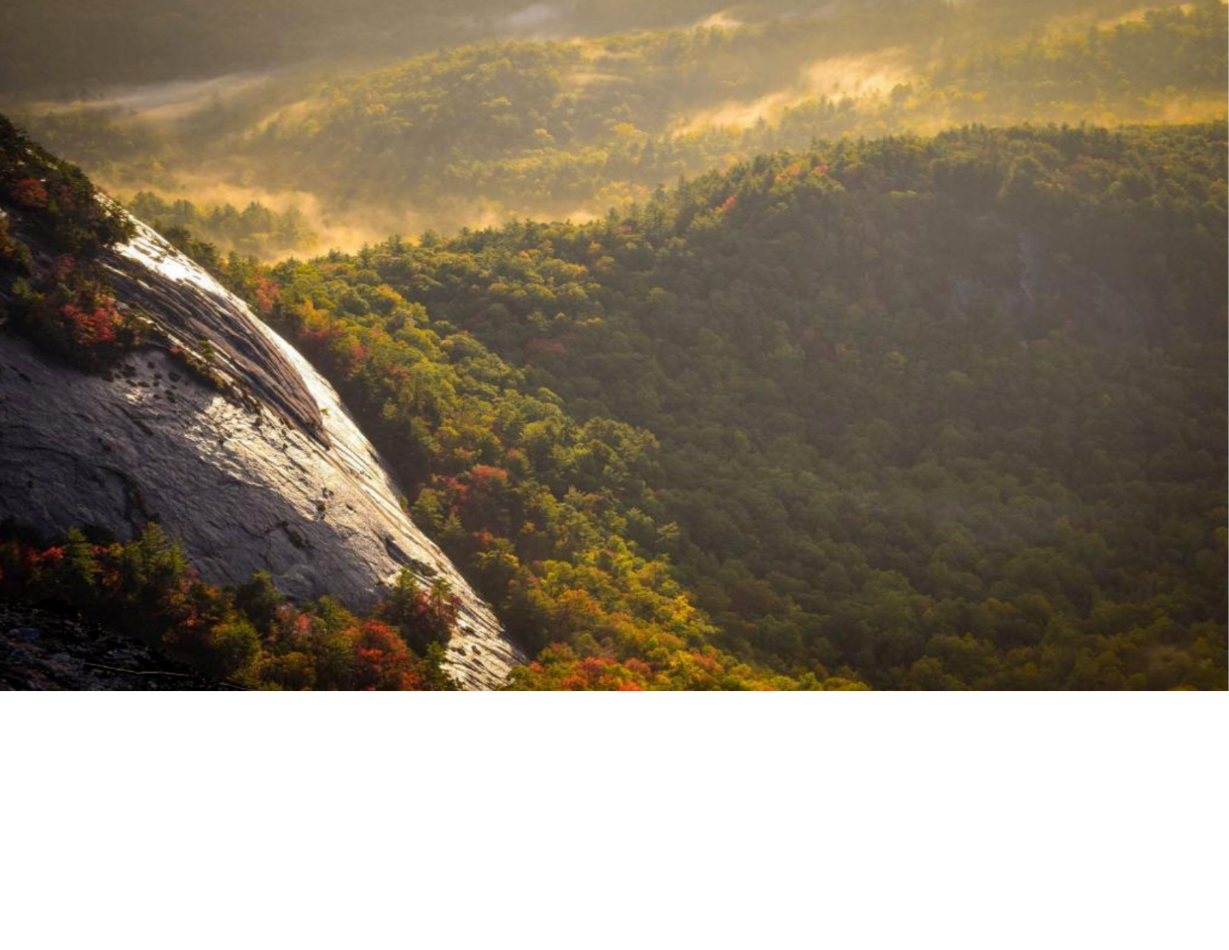
Repository: sogeisetsu/suy-ife
Page: 009-011/index.html
An editor plug-in stored every save of this project. The page is shown before and after the next save, followed by the edit.
The browser window is 1280 px wide. The pictures show the whole page, at 96% of full size.

Above is the page before, as saved 2019-10-10 18:35:16.

After the next save:
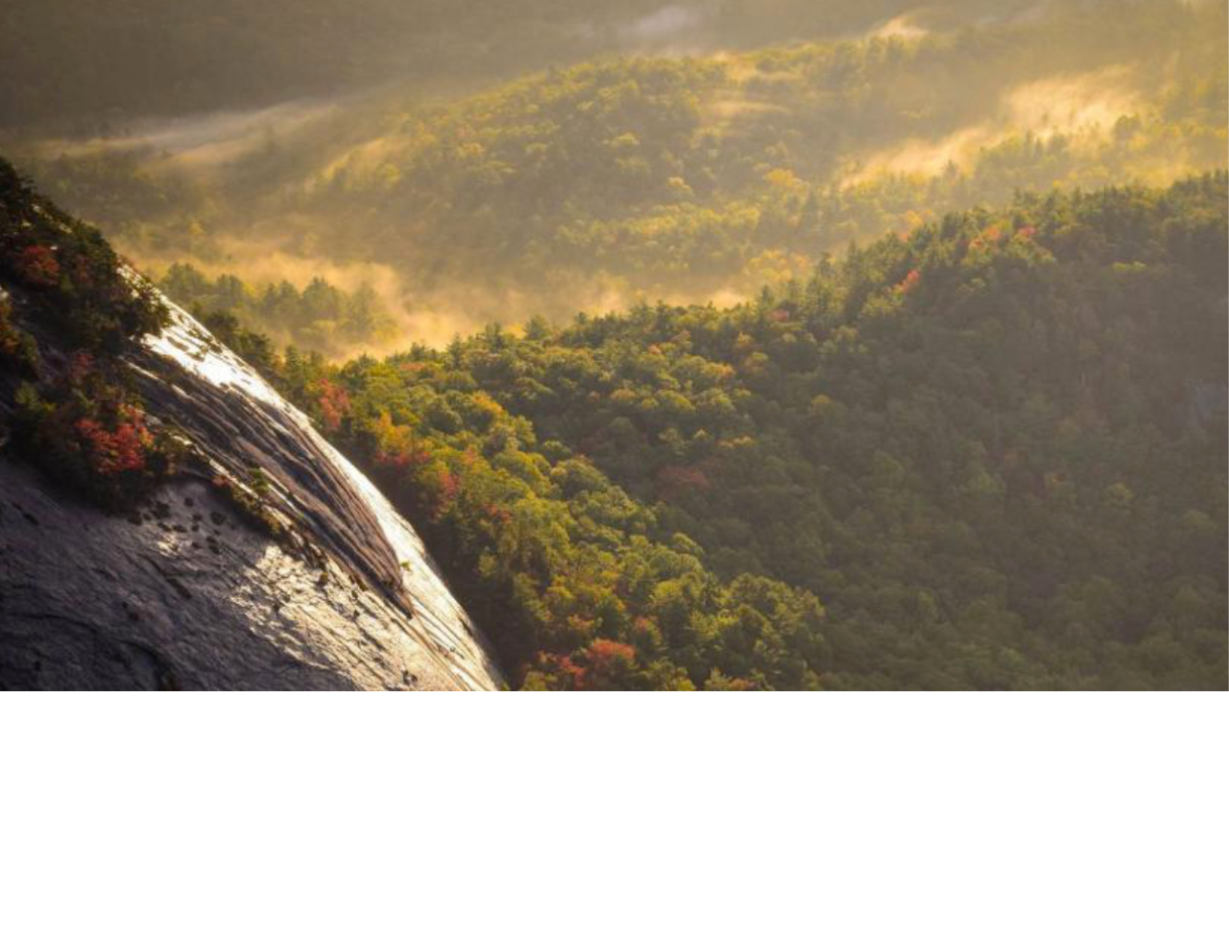
Saved 26 s later.
--- a/009-011/index.css
+++ b/009-011/index.css
@@ -23,10 +23,10 @@ html,body{
     height: 100%;
     background-color: rgba(20, 20, 20, 0.65);
 }
-.head-image{
+/* .head-image{
     width: 100%;
     height: 100%;
-}
+} */
 /* #headbackimage{
     width: 100%;
     height: 100%;
